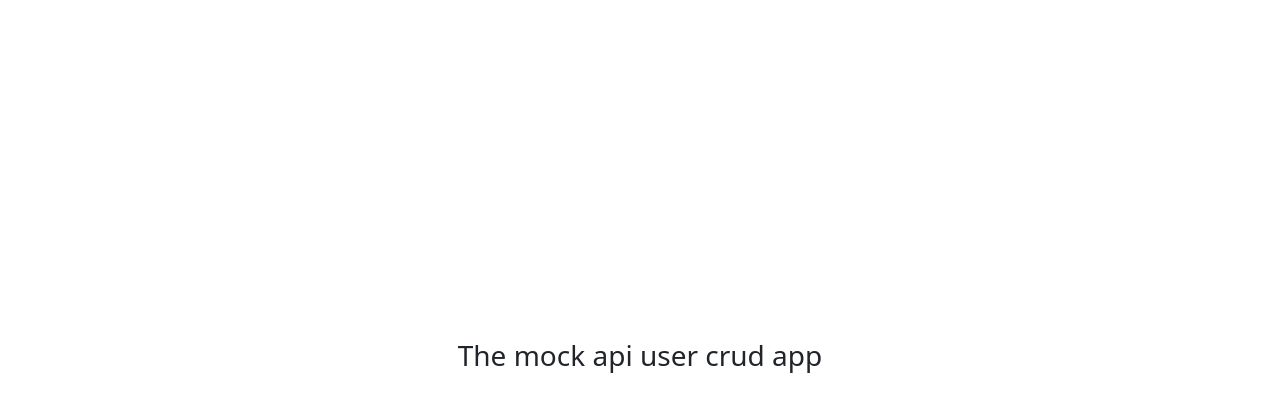
Repository: suraj-yadav7/createpost-redux
Page: /read
An editor plug-in stored every save of this project. The page is shown before and after a run of saves, followed by the edit.
The browser window is 1280 px wide. The pictures show the whole page.
The project was rebuilt for these pictures with package versions that can differ from the ones it lists, and the page was loaded fresh each time. Also part of the build but not shown: vite.config.js.

Above is the page before, as saved 2023-05-15 23:40:54.

### index.html
<!DOCTYPE html>
<html lang="en">
  <head>
    <meta charset="UTF-8" />
    <link rel="icon" type="image/svg+xml" href="/vite.svg" />
    <meta name="viewport" content="width=device-width, initial-scale=1.0" />
    <link href="https://cdn.jsdelivr.net/npm/bootstrap@5.3.0-alpha3/dist/css/bootstrap.min.css" rel="stylesheet" integrity="sha384-KK94CHFLLe+nY2dmCWGMq91rCGa5gtU4mk92HdvYe+M/SXH301p5ILy+dN9+nJOZ" crossorigin="anonymous">
    <title>CRUD WebApp</title>
  </head>
  <body>
    <div id="root"></div>
    <script type="module" src="/src/main.jsx"></script>
    <script src="https://cdn.jsdelivr.net/npm/bootstrap@5.3.0-alpha3/dist/js/bootstrap.bundle.min.js" integrity="sha384-ENjdO4Dr2bkBIFxQpeoTz1HIcje39Wm4jDKdf19U8gI4ddQ3GYNS7NTKfAdVQSZe" crossorigin="anonymous"></script>
  </body>
</html>
  </body>
</html>

### src/main.jsx
import React from 'react'
import ReactDOM from 'react-dom/client'
import App from './App.jsx'
import './index.css'
import { Provider } from 'react-redux'
import store from "./store/store.jsx"

ReactDOM.createRoot(document.getElementById('root')).render(
  <Provider store={store}>
    <App />
  </Provider>
)

### src/App.jsx
import React, { useState } from 'react'

import './App.css'

function App() {

  return (
    <>
      <h3>The mock api user crud app</h3>
    </>
  )
}

export default App

### src/store/store.jsx
import { configureStore } from "@reduxjs/toolkit";
import userDetail from "./slice/userDetail"

const store = configureStore({
    reducer:{
        users:userDetail
    }
})

export default store;

### src/store/slice/userDetail.jsx
import { createSlice } from "@reduxjs/toolkit";

const userDetail= createSlice({
    name:"userDetail",
    initialState:{
        user:[],
        loading:false,
        error:null,
    },
    reducers:{
        addPost(state,action){

        }
    }


})

export default userDetail.reducer
export const {addPost} = userDetail.actions

### src/components/Navbar.jsx
import React from 'react'

const Navbar = () => {
  return (
    <>
      <nav class="navbar navbar-expand-lg bg-body-tertiary">
  <div class="container-fluid">
    <a class="navbar-brand" href="#">Navbar</a>
    <button class="navbar-toggler" type="button" data-bs-toggle="collapse" data-bs-target="#navbarSupportedContent" aria-controls="navbarSupportedContent" aria-expanded="false" aria-label="Toggle navigation">
      <span class="navbar-toggler-icon"></span>
    </button>
    <div class="collapse navbar-collapse" id="navbarSupportedContent">
      <ul class="navbar-nav me-auto mb-2 mb-lg-0">
        <li class="nav-item">
          <a class="nav-link active" aria-current="page" href="#">Home</a>
        </li>
        <li class="nav-item">
          <a class="nav-link" href="#">Link</a>
        </li>
        <li class="nav-item dropdown">
          <a class="nav-link dropdown-toggle" href="#" role="button" data-bs-toggle="dropdown" aria-expanded="false">
            Dropdown
          </a>
          <ul class="dropdown-menu">
            <li><a class="dropdown-item" href="#">Action</a></li>
            <li><a class="dropdown-item" href="#">Another action</a></li>
            <li><hr class="dropdown-divider"/></li>
            <li><a class="dropdown-item" href="#">Something else here</a></li>
          </ul>
        </li>
        <li class="nav-item">
          <a class="nav-link disabled">Disabled</a>
        </li>
      </ul>
      <form class="d-flex" role="search">
        <input class="form-control me-2" type="search" placeholder="Search" aria-label="Search"/>
        <button class="btn btn-outline-success" type="submit">Search</button>
      </form>
    </div>
  </div>
</nav>
    </>
  )
}

export default Navbar

Loaded but not shown: src/index.css (common file); src/App.css (common file)

After the next 2 saves:
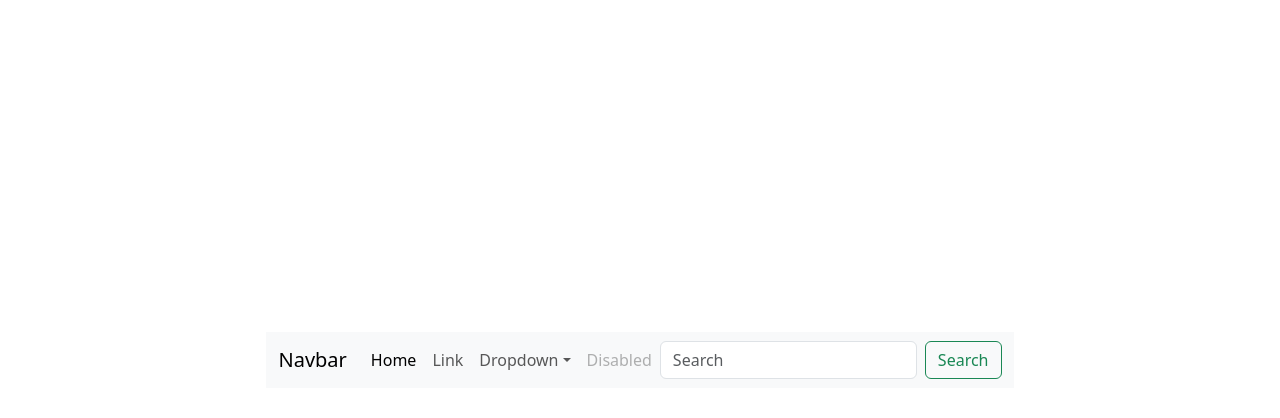
The 2 saves are shown as one change because they came seconds apart.
The last was saved 20 s later.
--- a/src/App.jsx
+++ b/src/App.jsx
@@ -1,12 +1,12 @@
 import React, { useState } from 'react'
-
 import './App.css'
+import Navbar from './components/Navbar'
 
 function App() {
 
   return (
     <>
-      <h3>The mock api user crud app</h3>
+    <Navbar />
     </>
   )
 }
